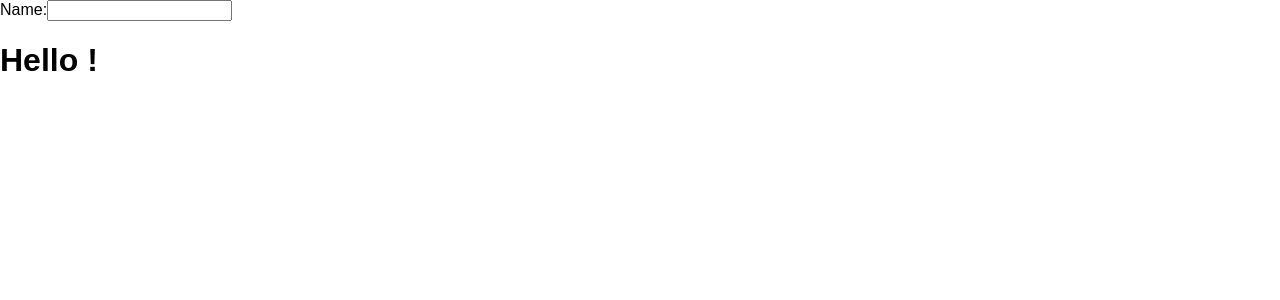
Repository: talha-mahmood/Quran-Lms-react
Page: /
An editor plug-in stored every save of this project. The page is shown before and after a run of saves, followed by the edit.
The browser window is 1280 px wide. The pictures show the whole page.
The page's requests for data from a server got no answer. The project was rebuilt for these pictures with package versions that can differ from the ones it lists, and the page was loaded fresh each time. No one was signed in, and anything a server would have sent is missing.

Above is the page before, as saved 2023-03-08 00:13:37.

### public/index.html
<!DOCTYPE html>
<html lang="en">
  <head>
    <meta charset="utf-8" />
    <link rel="icon" href="%PUBLIC_URL%/favicon.ico" />
    <meta name="viewport" content="width=device-width, initial-scale=1" />
    <meta name="theme-color" content="#000000" />
    <meta
      name="description"
      content="Web site created using create-react-app"
    />

    <link rel="apple-touch-icon" href="%PUBLIC_URL%/logo192.png" />
    <!--
      manifest.json provides metadata used when your web app is installed on a
      user's mobile device or desktop. See https://developers.google.com/web/fundamentals/web-app-manifest/
    -->
    <link rel="manifest" href="%PUBLIC_URL%/manifest.json" />
    <!--
      Notice the use of %PUBLIC_URL% in the tags above.
      It will be replaced with the URL of the `public` folder during the build.
      Only files inside the `public` folder can be referenced from the HTML.

      Unlike "/favicon.ico" or "favicon.ico", "%PUBLIC_URL%/favicon.ico" will
      work correctly both with client-side routing and a non-root public URL.
      Learn how to configure a non-root public URL by running `npm run build`.
    -->
    <title>React App</title>
  </head>
  <body>
    <noscript>You need to enable JavaScript to run this app.</noscript>
    <div id="root"></div>

    <!--
      This HTML file is a template.
      If you open it directly in the browser, you will see an empty page.

      You can add webfonts, meta tags, or analytics to this file.
      The build step will place the bundled scripts into the <body> tag.

      To begin the development, run `npm start` or `yarn start`.
      To create a production bundle, use `npm run build` or `yarn build`.
    -->
  </body>
</html>

### src/App.js
import './App.css';
import React,{Component} from 'react';
class App extends Component {



    constructor(props) {
      super(props);
      this.state = {
        value: "",
      };
      this.handleChange = this.handleChange.bind(this);
    }

    handleChange(event) {
      this.setState({ value: event.target.value });
    }

    render() {
      return (
        <div>
        <form>
          <label>
            Name:
            <input type="text" value={this.state.value} onChange={this.handleChange} />
          </label>
        </form>
        <h1>Hello {this.state.value}!</h1>
        </div>
      );
    }
  }

export default App;

### src/App.css
body {
  font-family: Arial, sans-serif;
  margin: 0;
}

header {
  background-color: #333;
  color: #fff;
  padding: 1em;
}

header h1 {
  margin: 0;
}

main {
  padding: 1em;
}

footer {
  background-color: #333;
  color: #fff;
  padding: 1em;
  text-align: center;
}

Loaded but not shown: src/index.js (common file); src/index.css (common file); src/reportWebVitals.js (common file)

After the next 4 saves:
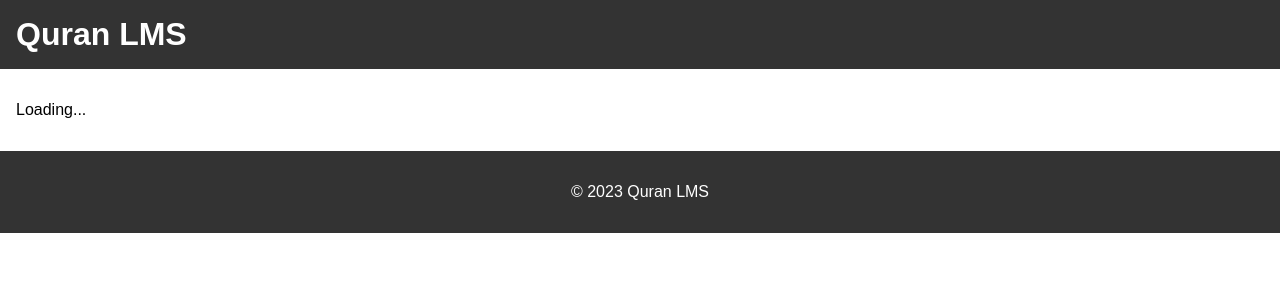
The 4 saves are shown as one change because 2 did not build or start and some came seconds apart.
The last was saved 2 min 4 s later.
--- a/src/App.js
+++ b/src/App.js
@@ -1,34 +1,42 @@
 import './App.css';
 import React,{Component} from 'react';
-class App extends Component {
+class QuranLMS extends Component {
+  state = {
+    verses: [],
+    isLoading: true
+  };
 
-
-
-    constructor(props) {
-      super(props);
-      this.state = {
-        value: "",
-      };
-      this.handleChange = this.handleChange.bind(this);
-    }
-
-    handleChange(event) {
-      this.setState({ value: event.target.value });
-    }
-
-    render() {
-      return (
-        <div>
-        <form>
-          <label>
-            Name:
-            <input type="text" value={this.state.value} onChange={this.handleChange} />
-          </label>
-        </form>
-        <h1>Hello {this.state.value}!</h1>
-        </div>
-      );
-    }
+  async componentDidMount() {
+    const response = await fetch("https://api.quran.com/api/v4/quran/verses/uthmani?chapter_number=1");
+    const data = await response.json();
+    this.setState({
+      verses: data.verses,
+      isLoading: false
+    });
   }
 
-export default App;
+  render() {
+    const { verses, isLoading } = this.state;
+    return (
+      <div>
+        <header>
+          <h1>Quran LMS</h1>
+        </header>
+        <main>
+          {isLoading ? (
+            <p>Loading...</p>
+          ) : (
+            verses.map((verse) => (
+              <p key={verse.id}>{verse.text_uthmani}</p>
+            ))
+          )}
+        </main>
+        <footer>
+          <p>&copy; 2023 Quran LMS</p>
+        </footer>
+      </div>
+    );
+  }
+}
+
+export default QuranLMS;
